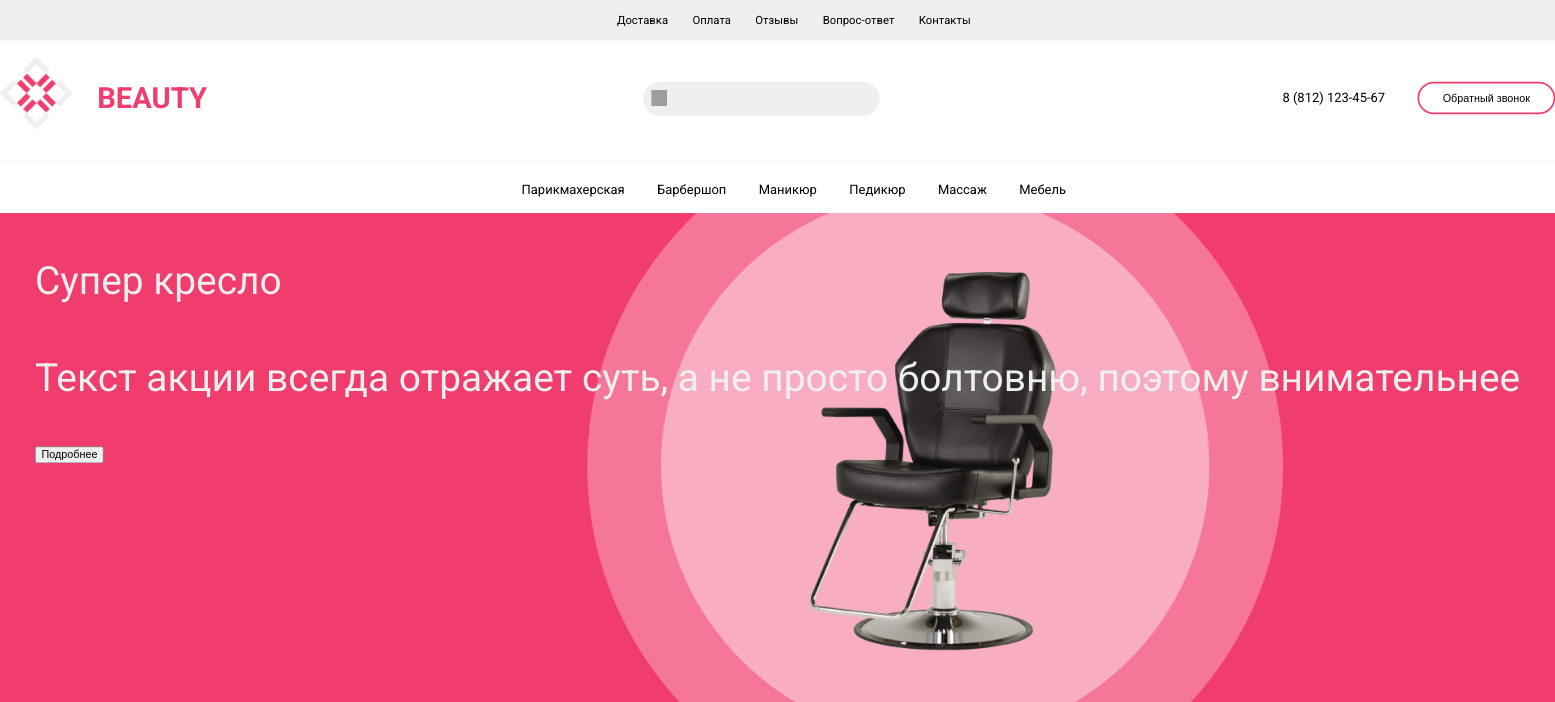
Repository: savannaaaas/verstka
Page: index.html
The author's editor kept a copy of each file at every save. The page is drawn from the files as they stood at one save, then again after the next save.
The browser window is 1280 px wide. The page is 1920 px wide, so the pictures cover 1920 px, including what lies to the right of the window. The pictures show the whole page, at 81% of full size.
Pictures or frames that could not be fetched are drawn as grey boxes. Some web fonts or font styles are not loaded; a fallback is used.

Above is the page before, as saved 2025-04-16 00:33:46.

### index.html
<!DOCTYPE html>
<html lang="en">
<head>
    <meta charset="UTF-8">
    <meta name="viewport" content="width=device-width, initial-scale=1.0">
    <title>Figma</title>
    <link rel="preconnect" href="https://fonts.googleapis.com">
    <link rel="preconnect" href="https://fonts.gstatic.com" crossorigin>
    <link href="https://fonts.googleapis.com/css2?family=Istok+Web:ital,wght@0,400;0,700;1,400;1,700&family=Italiana&family=Jura:wght@300..700&family=Roboto:ital,wght@0,100..900;1,100..900&display=swap" rel="stylesheet">
    <link rel="stylesheet" href="style.css">
</head>
<body>
    <div class="content">
        <div class="top-line">
            <ul>
                <li>Доставка</li>
                <li>Оплата</li>
                <li>Отзывы</li>
                <li>Вопрос-ответ</li>
                <li>Контакты</li>
            </ul>
        </div>
        <div class="second-line">
            <div class="second-line-content">
                <div class="logo">
                    <img alt="logo" src="logo.png">
                    <h1>BEAUTY</h1>
                </div>
            <div class="search">
                <input class="search">
                <img alt="search" src="search.png">
            </div>
            <div class="contact">
                <p>8 (812) 123-45-67</p>
                <button>Обратный звонок</button>
            </div>
        </div>
            <hr class="line">
            <div class="service">
                <ul>
                    <li>Парикмахерская</li>
                    <li>Барбершоп</li>
                    <li>Маникюр</li>
                    <li>Педикюр</li>
                    <li>Массаж</li>
                    <li>Мебель</li>
                </ul>
            </div>
        </div>
        <div class="sale">
            <img alt="armchair" src="armchair.png">
            <div class="text-armchair">
                <p>Супер кресло</p>
                <p>Текст акции всегда отражает суть, а не просто болтовню, поэтому внимательнее</p>
                <button>Подробнее</button>
            </div>
        </div>

    </div>
</body>
</html>

### style.css
body {
    min-height: 100vh;
    width: 1920px;
    scroll-behavior: smooth;
    text-rendering: optimizeSpeed;
    line-height: 1.5;
    margin: 0;
    padding: 0;
    font-family: "Roboto", sans-serif;
    font-weight: 400;
    font-style: normal;
    font-size: 14px;

  }
  .top-line{
    display: flex;
    background-color: #EFEFEF;
    height: 50px;
    align-items: center;
    justify-content: center;

  }
   .top-line ul{
    display: flex;
    list-style: none;
    flex-wrap: nowrap;
    gap: 30px;
   }
   .second-line{
    display: flex;
    margin: 0 auto;
    align-items: center;
    flex-direction: column;

   }
   .second-line-content{
    width: 100%;
    height: 100%;
    display: flex;
    margin: 0 auto;
    align-items: center;
  justify-content: space-between;
  padding: 20px 0;
   }

.logo{
    display: flex;
    flex-wrap: nowrap;
    gap: 30px;
   }
.logo img{
    width: 90px;
    height: 90px;
}
 .logo h1{
    font-size: 36px;
    color: #F13C6E;
   }

   .search {
    position: relative;
    width: 250px;
    height: 40px;
  }

  .search input {
    border-radius: 40px;
    width: 100%;
    height: 100%;
    border: none;
    background-color: #EFEFEF;
    padding-left: 40px;
  }

  .search img {
    position: absolute;
    left: 10px;
    top: 50%;
    transform: translateY(-50%);
    width: 20px;
    height: 20px;
    pointer-events: none;
  }
  .contact{
    display: flex;
    gap: 40px;
    align-items: center;

  }
  .contact p{
    font-size: 16px;
  }
  .contact button{
    width: 170px;
    height: 40px;
    border: 2px solid #F13C6E;
    border-radius: 40px;
    background: transparent;
  }
hr{
    width: 100%;
    border: none;
    border-top: 1px solid #EFEFEF;
}
.service ul{
    display: flex;
    list-style: none;
    flex-wrap: nowrap;
    gap: 40px;
    font-size: 16px;
   }
   .sale{
    display: flex;
    align-items: center;
    position: relative;
    flex-direction: column;

   }
   .text-armchair{
    position: absolute;
   }
   .text-armchair p{
    font-size: 48px;
    font-weight: 400;
    color: #EFEFEF;

   }

After the next save:
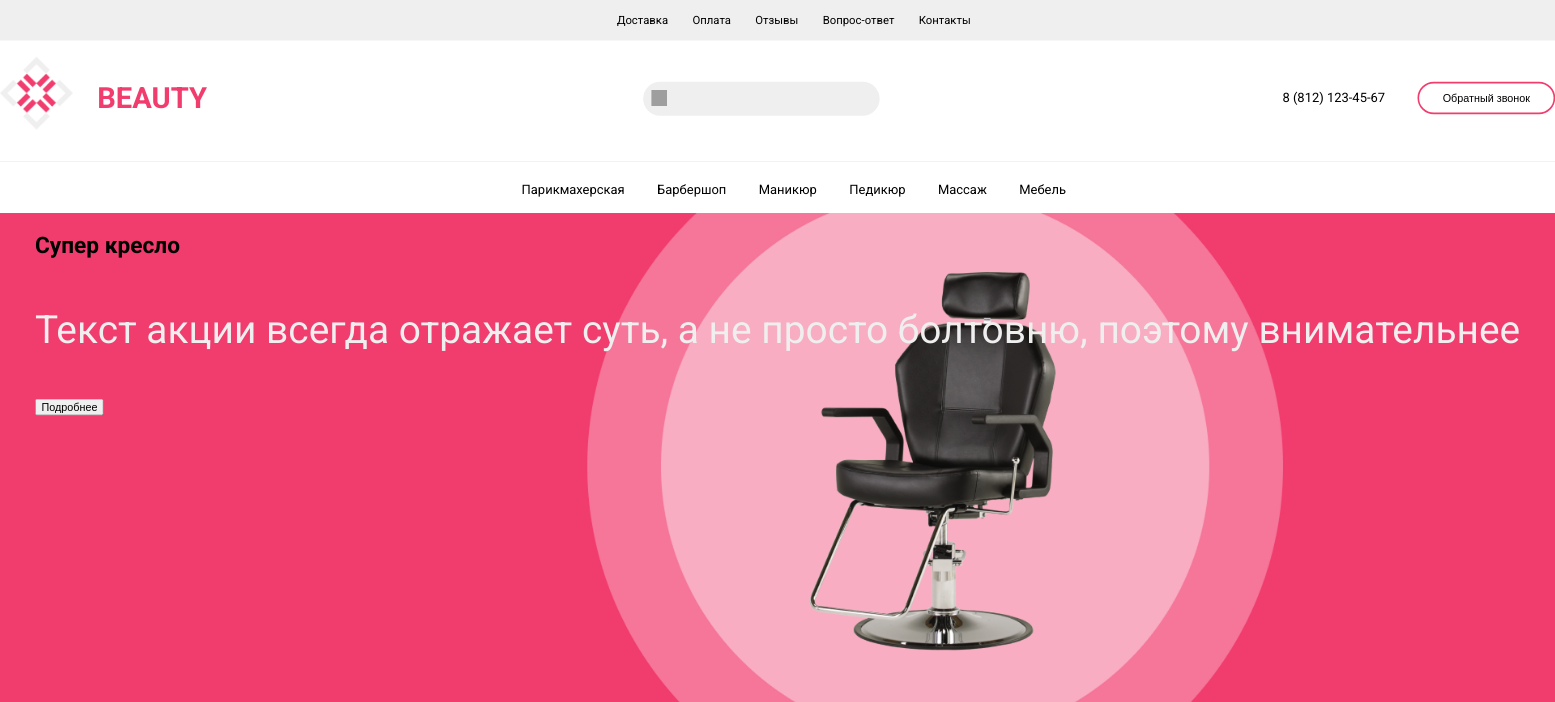
Saved 52 s later.
--- a/index.html
+++ b/index.html
@@ -50,7 +50,7 @@
         <div class="sale">
             <img alt="armchair" src="armchair.png">
             <div class="text-armchair">
-                <p>Супер кресло</p>
+                <h1>Супер кресло</h1>
                 <p>Текст акции всегда отражает суть, а не просто болтовню, поэтому внимательнее</p>
                 <button>Подробнее</button>
             </div>
